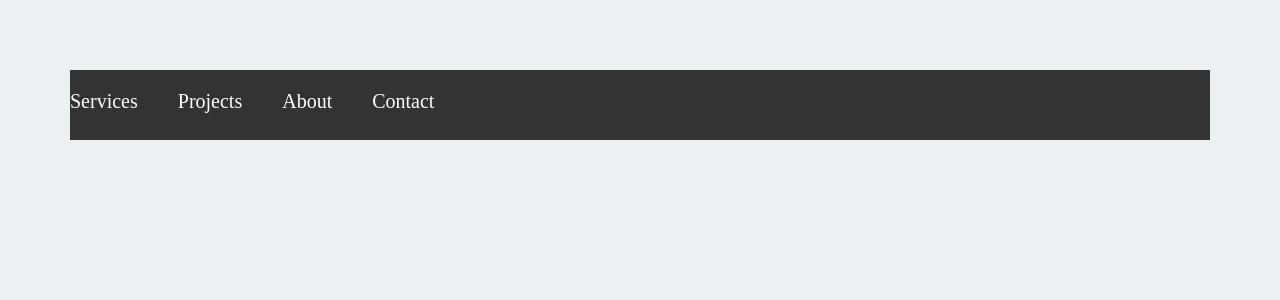
Repository: arifshahriyarnader/css-flexbox
Page: Exercise 1/index.html
These files come from the project's save history. The page is drawn as it stood at one moment and after the next save; the edit follows.
The browser window is 1280 px wide. The pictures show the whole page.

Above is the page before, as saved 2024-06-15 15:56:23.

After the next save:
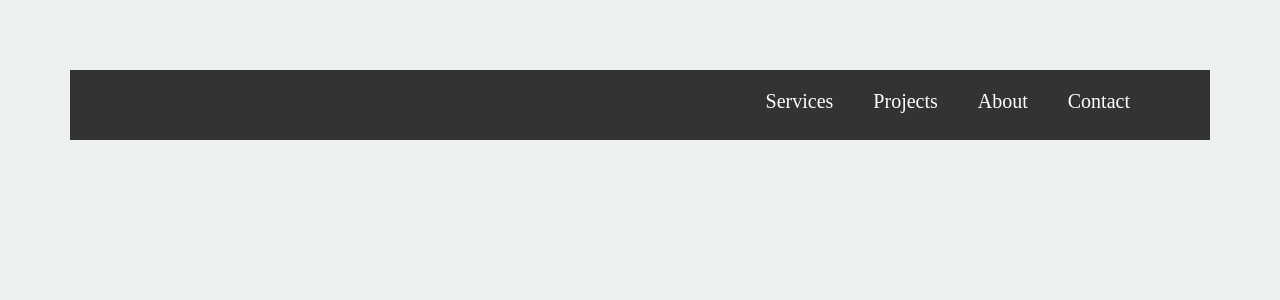
Saved 5 s later.
--- a/Exercise 1/css/style.css
+++ b/Exercise 1/css/style.css
@@ -18,7 +18,7 @@ body{
     margin: 70px;
     padding:20px 80px 20px 0px;
     display:flex;
-    /* justify-content: flex-end; */
+    justify-content: flex-end;
 }
 
 .leftmenu_link ul{
